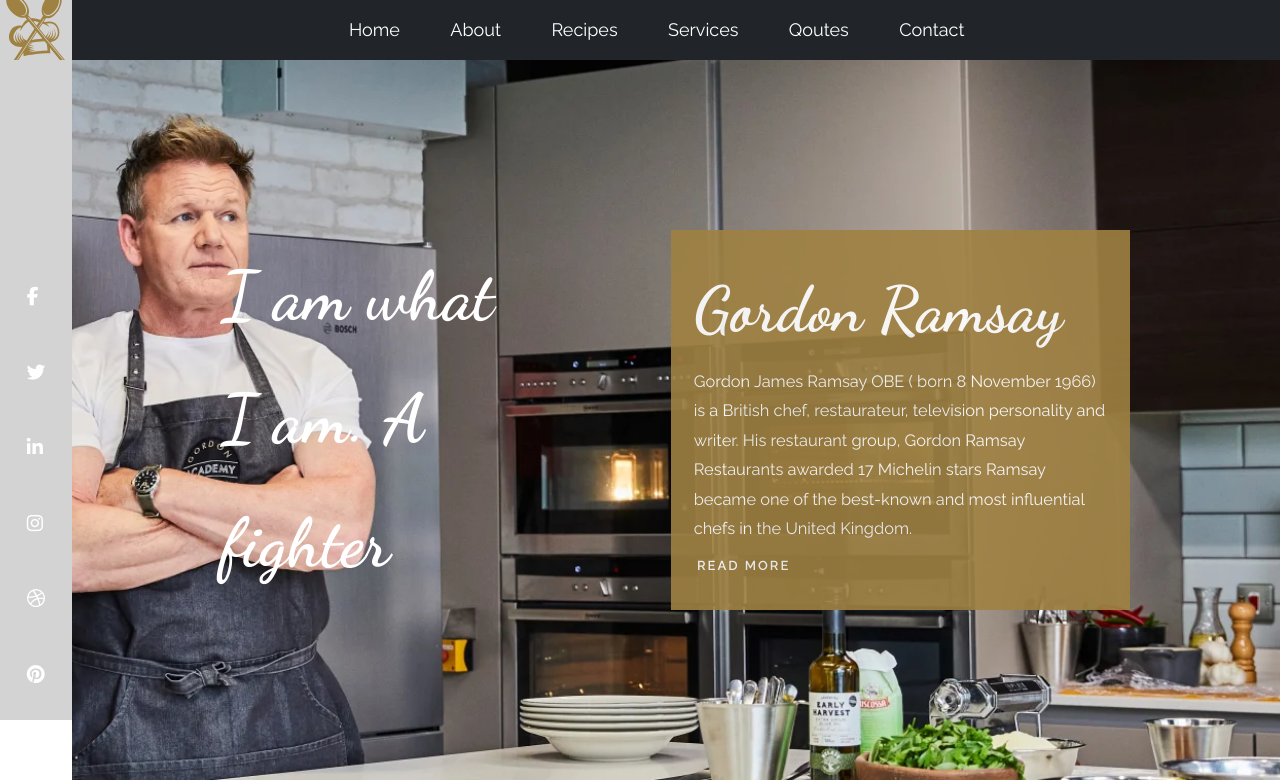
Repository: Esraa22M/Gordon-Ramsay-Biography
Page: index.html
An editor plug-in stored every save of this project. The page is shown before and after the next save, followed by the edit.
The browser window is 1280 px wide. The pictures show the whole page.
Backgrounds fixed to the window are drawn as part of the page. Some web libraries are served in a nearby version.

Above is the page before, as saved 2022-12-12 22:05:16.

After the next save:
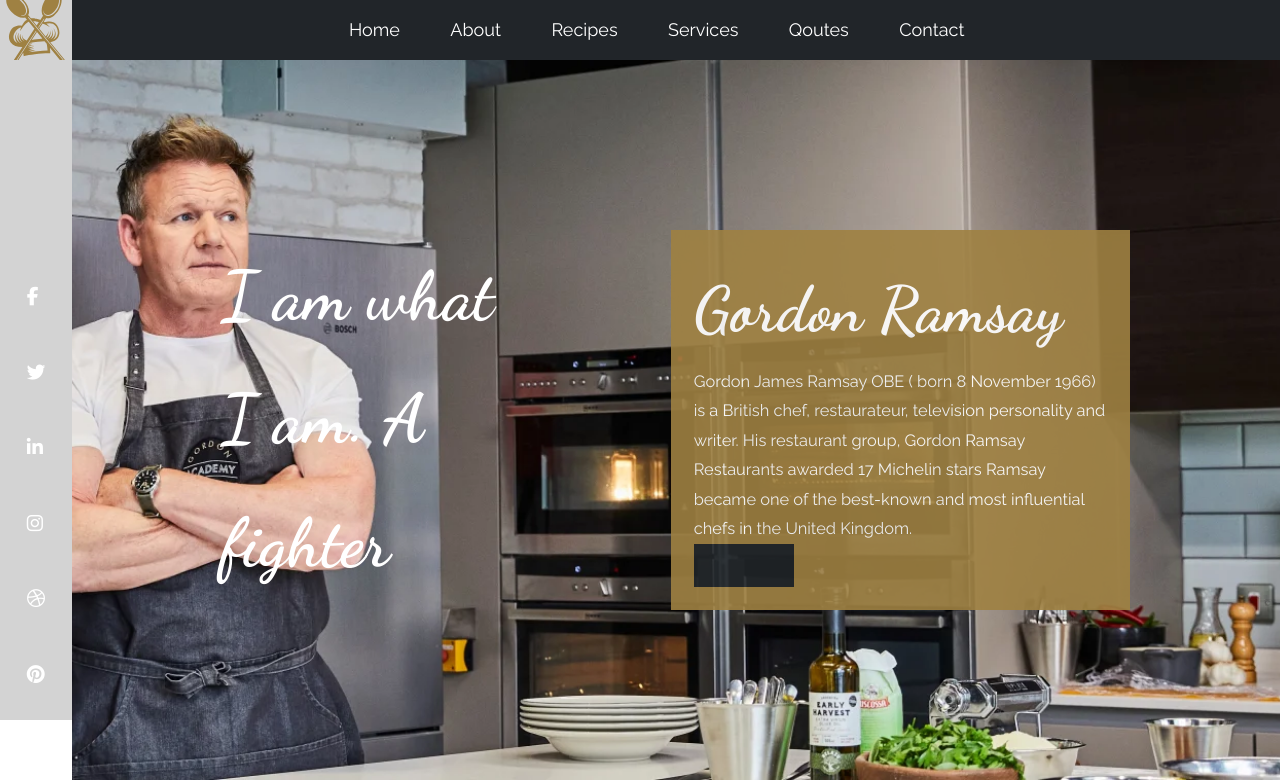
Saved 63 s later.
--- a/style.css
+++ b/style.css
@@ -189,6 +189,8 @@
 .show-case__content--link:link::after {
   content: '';
   position: absolute;
+  inset: 0;
+  background-color: #212529;
 }
 @media screen and (max-width: 950px) {
   /*showcase section**/
